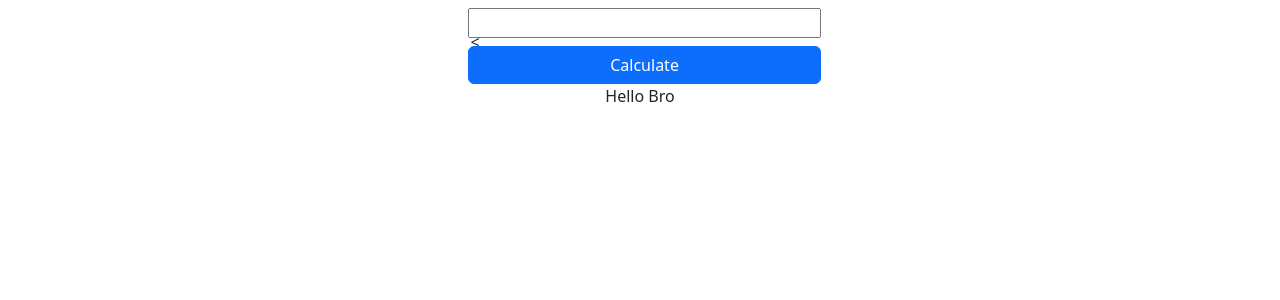
Repository: LeGrandMAG/magCalculator
Page: index.html
An editor plug-in stored every save of this project. The page is shown before and after a run of saves, followed by the edit.
The browser window is 1280 px wide. The pictures show the whole page.

Above is the page before, as saved 2022-05-26 13:11:26.

After the next 2 saves:
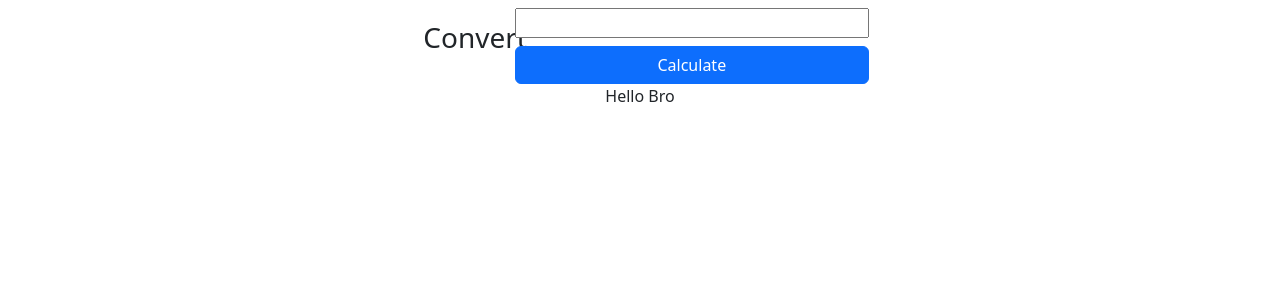
The 2 saves are shown as one change because they came seconds apart.
The last was saved 7 s later.
--- a/index.html
+++ b/index.html
@@ -14,7 +14,7 @@
 
 
     <div class="container">
-        <
+        <h3>Convert </h3>
         <form class="row"action="">
             <input class="mt-2 mb-2" type="text">
 
